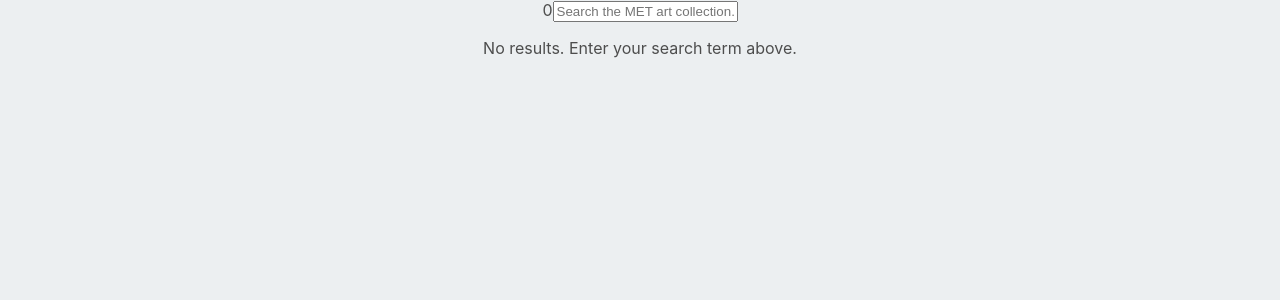
Repository: edulis8/MetSearchTool
Page: /
The author's editor kept a copy of each file at every save. The page is drawn from the files as they stood at one save, then again after the next save.
The browser window is 1280 px wide. The pictures show the whole page.
The project was rebuilt for these pictures with package versions that can differ from the ones it lists, and the page was loaded fresh each time. Also part of the build but not shown: src/Pokecard.css, src/Pokecard.js, src/Pokedex.js.

Above is the page before, as saved 2020-01-16 11:54:17.

After the next save:
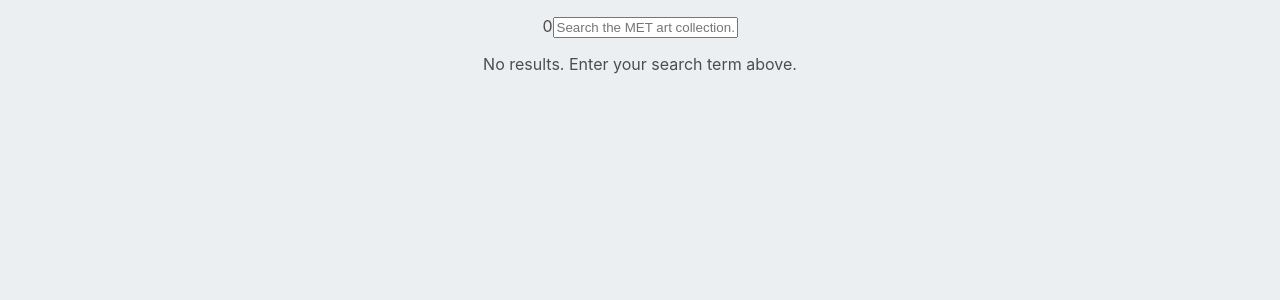
Saved 13 s later.
--- a/src/PokeGame.js
+++ b/src/PokeGame.js
@@ -69,7 +69,7 @@ class PokeGame extends Component {
     render() {
         return (
             <div className='Pokedex'>
-                {this.state.objects.length}
+                <p></p>{this.state.objects.length}
                 {this.state.objects.searching}
 
                 <input type="text" placeholder="Search the MET art collection..." onChange={this.handleSearchInputChanges} />
